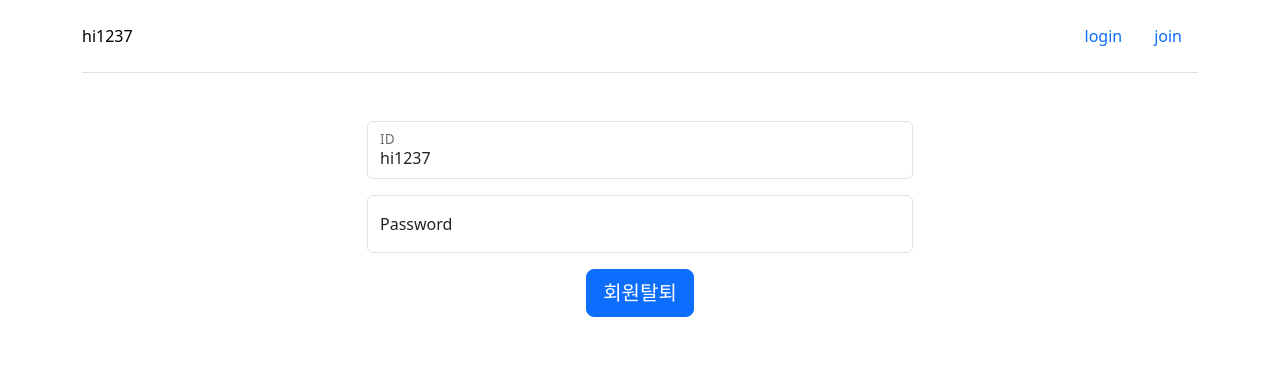
Repository: Moonsun23/jsp
Page: http://localhost/db-connect/delete.jsp
The author's editor kept a copy of each file at every save. The page is drawn from the files as they stood at one save, then again after the next save.
The browser window is 1280 px wide. The pictures show the whole page.
The page is served by Tomcat 9. Other server files are loaded and not shown.

Above is the page before, as saved 2023-06-07 08:11:57.

### db-connect/src/main/webapp/delete.jsp
<%@ page language="java" contentType="text/html; charset=UTF-8"
    pageEncoding="UTF-8"%>
 <%@include file = "include/header.jsp" %>
	 <form action="delete-process.jsp" method="post">
	    <!--  // method는 get과 post가 있는데 비번이 있을땐 포스트!!!! get으로 하면 정보가 다 주소창에 뜸 -->
	    <div class="container-xl">
	      <div class="row mt-5 justify-content-center">
	        <div class="col-6">
	          <div class="form-floating mb-3">
	            <!-- mb -> margin bottom 3 -->
	            <input type="text" name="userId" class="form-control" id="floatingInput" placeholder="아이디를 입력해주세요."
	            value="hi1237" />
	            <label for="floatingInput">ID</label>
	          </div>
	          <div class="form-floating mb-3">
	            <input type="password" name="userPw" class="form-control" id="floatingPassword" placeholder="Password" />
	            <label for="floatingPassword">Password</label>
	          </div>
	          <div class="text-center">
	            <button type="submit" class="btn btn-primary btn-lg">회원탈퇴</button>
	          </div>
	        </div>
	      </div>
	    </div>
	  </form>
 <%@include file = "include/footer.jsp" %>

### db-connect/src/main/webapp/include/header.jsp
<%@ page language="java" contentType="text/html; charset=UTF-8" pageEncoding="UTF-8"%>
<%
String loggedUserId=(String)session.getAttribute("loggedUserId");
String loggedUserName=(String)session.getAttribute("loggedUserName");
%>

<!DOCTYPE html>
<html>
  <head>
    <meta charset="UTF-8" />
    <title>Insert title here</title>
    <link rel="stylesheet" href="css/bootstrap.min.css" />
    <script src="js/bootstrap.bundle.min.js"></script>
    <script src="//t1.daumcdn.net/mapjsapi/bundle/postcode/prod/postcode.v2.js"></script>
  </head>
  <body>
    <div class="container">
        <header class="d-flex flex-wrap justify-content-center py-3 mb-4 border-bottom">
          <a href="/" class="d-flex align-items-center mb-3 mb-md-0 me-md-auto link-body-emphasis text-decoration-none">
            hi1237
          </a>
            <ul class="nav nav-pills">
                <% if( loggedUserId == null){ %>
            <li class="nav-item"><a href="login-form.jsp" class="nav-link">login</a></li>
            <li class="nav-item"><a href="join-form.jsp" class="nav-link">join</a></li>
                <% }else { %>
            <li class="nav-item"><a href="logout.jsp" class="nav-link">logout</a></li>
            <li class="nav-item"><a href="info.jsp" class="nav-link">my account</a></li>
                <% } %>
          </ul>
        </header>
      </div>

Loaded but not shown: db-connect/src/main/webapp/include/footer.jsp (common file); db-connect/src/main/webapp/css/bootstrap.min.css (library); db-connect/src/main/webapp/js/bootstrap.bundle.min.js (library)

After the next save:
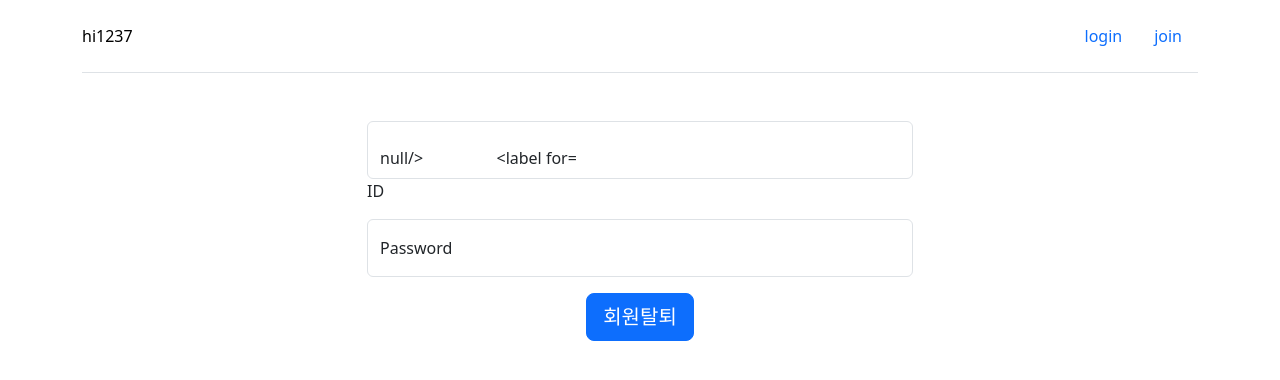
Saved 16 h 25 min later.
--- a/db-connect/src/main/webapp/delete.jsp
+++ b/db-connect/src/main/webapp/delete.jsp
@@ -9,7 +9,7 @@
 	          <div class="form-floating mb-3">
 	            <!-- mb -> margin bottom 3 -->
 	            <input type="text" name="userId" class="form-control" id="floatingInput" placeholder="아이디를 입력해주세요."
-	            value="hi1237" />
+	            value="<%=session.getAttribute("loggedUserId") %>/>
 	            <label for="floatingInput">ID</label>
 	          </div>
 	          <div class="form-floating mb-3">

After the save that followed:
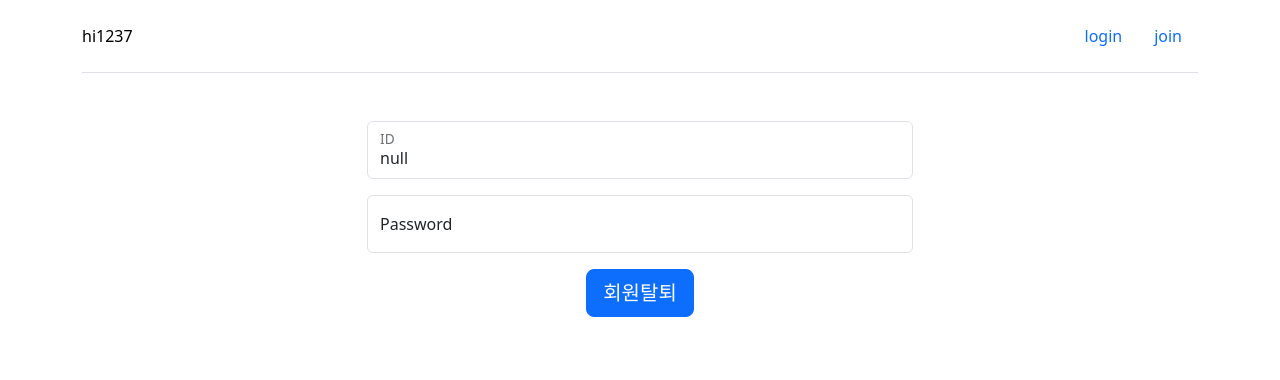
Saved 19 s later.
--- a/db-connect/src/main/webapp/delete.jsp
+++ b/db-connect/src/main/webapp/delete.jsp
@@ -9,7 +9,7 @@
 	          <div class="form-floating mb-3">
 	            <!-- mb -> margin bottom 3 -->
 	            <input type="text" name="userId" class="form-control" id="floatingInput" placeholder="아이디를 입력해주세요."
-	            value="<%=session.getAttribute("loggedUserId") %>/>
+	            value="<%=session.getAttribute("loggedUserId") %>"/>
 	            <label for="floatingInput">ID</label>
 	          </div>
 	          <div class="form-floating mb-3">
